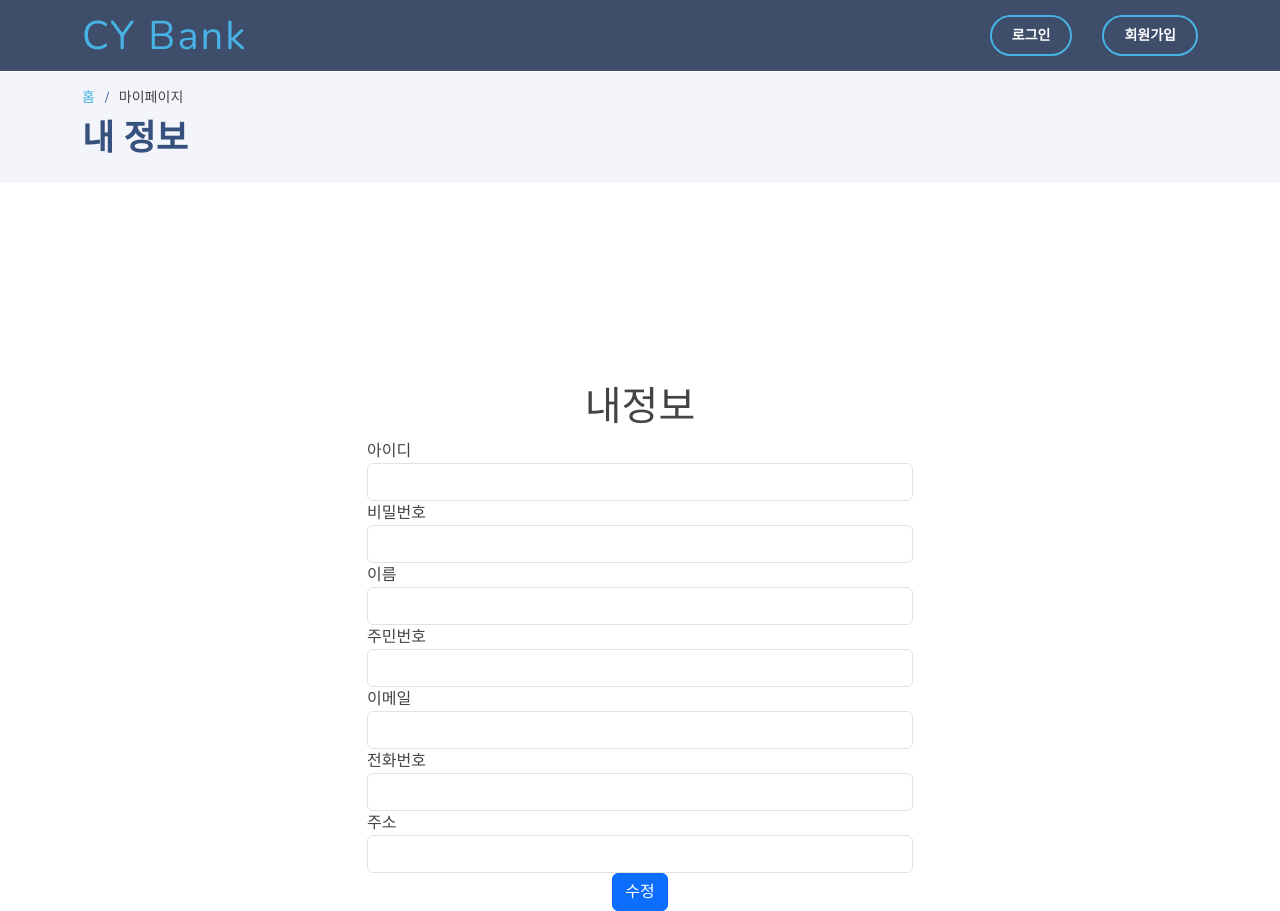
Repository: scy0814/Spring
Page: http://localhost/CYBank/jsp/myPage/MyPage.jsp
These files come from the project's save history. The page is drawn as it stood at one moment and after the next save; the edit follows.
The browser window is 1280 px wide. The pictures show the whole page.
The page is served by Tomcat 9.

Above is the page before, as saved 2023-06-27 01:52:42.

After the next save:
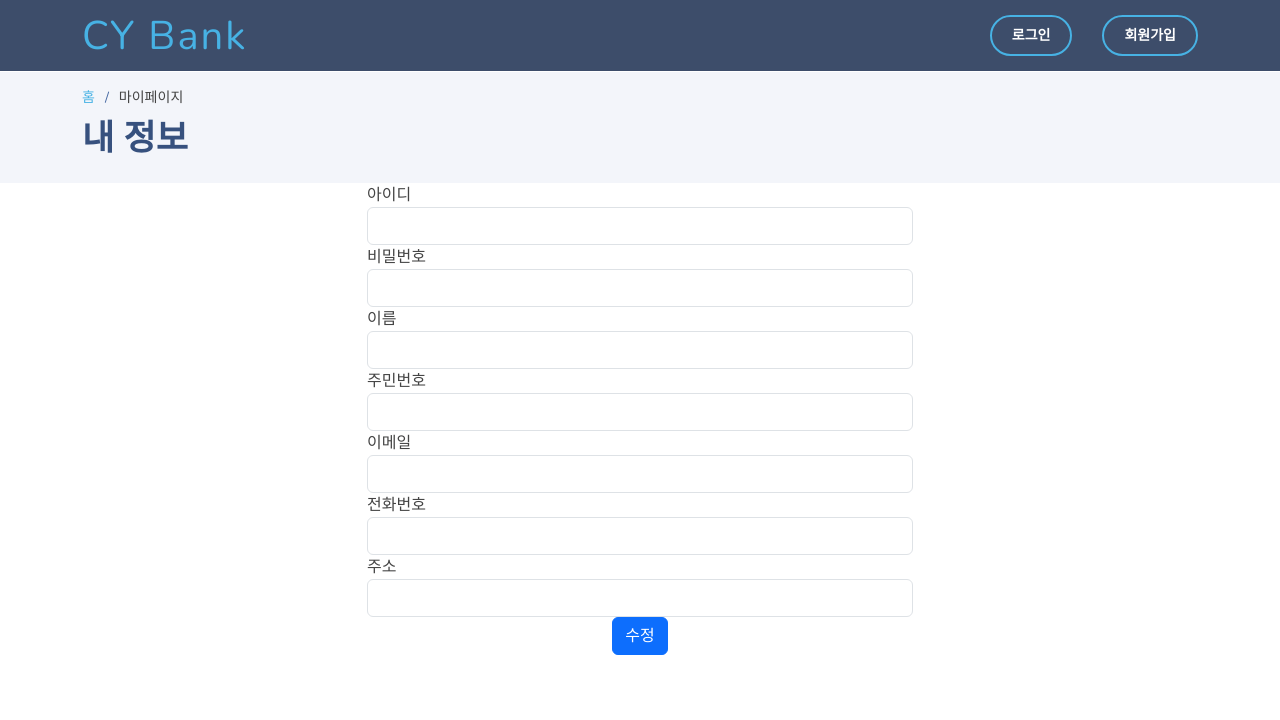
Saved 18 s later.
--- a/CYBank/src/main/webapp/jsp/myPage/MyPage.jsp
+++ b/CYBank/src/main/webapp/jsp/myPage/MyPage.jsp
@@ -23,7 +23,6 @@
         <div class="container">
             <div class="row justify-content-center">
                 <div class="col-lg-6">
-                    <h1 class="text-center" style="margin-top: 200px;">내정보</h1>
                     <form action="updateInfo.do" method="post">
                         <div class="form-group">
                             <label for="id">아이디</label>
